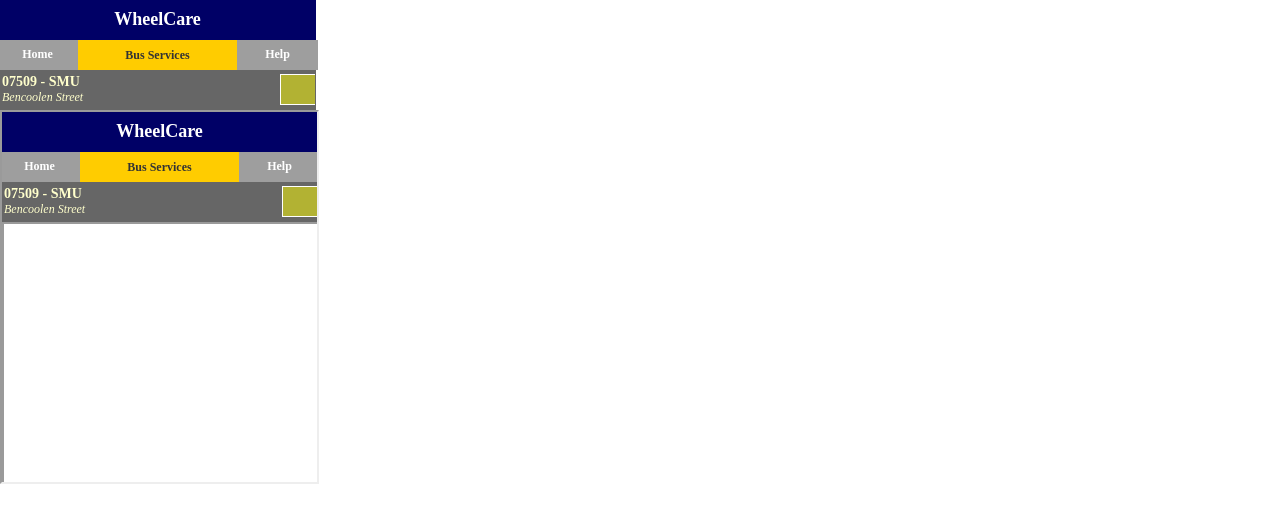
Repository: junkiatyeo/WheelCareVer2
Page: Wheelcarev2/war/Bus_ServicesA1.html
An editor plug-in stored every save of this project. The page is shown before and after the next save, followed by the edit.
The browser window is 1280 px wide. The pictures show the whole page.
Pictures or frames that could not be fetched are drawn as grey boxes.

Above is the page before, as saved 2014-03-29 12:10:36.

### Wheelcarev2/war/Bus_ServicesA1.html
<html>
<head>
    <title>WheelCare | Bus Services</title>
    <meta http-equiv="content-type" content="text/html; charset=utf-8"/>
    <meta http-equiv="imagetoolbar" content="no"/>
    <meta name="viewport" content="width=device-width, height=device-height, initial-scale=1, maximum-scale=1, user-scalable=yes"/>
    <meta name="apple-mobile-web-app-capable" content="yes"/>
    <link href="resources/css/jquery-ui-themes.css" type="text/css" rel="stylesheet">
    <link href="resources/css/axure_rp_page.css" type="text/css" rel="stylesheet">
    <link href="Bus_ServicesA1_files/axurerp_pagespecificstyles.css" type="text/css" rel="stylesheet">
<!--[if IE 6]>
    <link href="Bus_ServicesA1_files/axurerp_pagespecificstyles_ie6.css" type="text/css" rel="stylesheet">
<![endif]-->
    <script src="data/sitemap.js"></script>
    <script src="resources/scripts/jquery-1.7.1.min.js"></script>
    <script src="resources/scripts/axutils.js"></script>
    <script src="resources/scripts/jquery-ui-1.8.10.custom.min.js"></script>
    <script src="resources/scripts/axurerp_beforepagescript.js"></script>
    <script src="resources/scripts/messagecenter.js"></script>
<script src='Bus_ServicesA1_files/data.js'></script>
</head>
<body>
<div id="main_container">

<div id="u0" class="u0_container"   >
<div id="u0_img" class="u0_normal detectCanvas"></div>
<div id="u1" class="u1"  >
<div id="u1_rtf"><p style="text-align:center;"><span style="font-family:Axure Handwriting;font-size:18px;font-weight:bold;font-style:normal;text-decoration:none;color:#FFFFFF;">WheelCare</span></p></div>
</div>
</div>
<div id="u2" class="u2_container"   >
<div id="u2_img" class="u2_normal detectCanvas"></div>
<div id="u3" class="u3"  >
<div id="u3_rtf"><p style="text-align:center;"><span style="font-family:Axure Handwriting;font-size:12px;font-weight:bold;font-style:normal;text-decoration:none;color:#333333;">Bus Services</span></p></div>
</div>
</div>
<div id="u4" class="u4_container"   >
<div id="u4_img" class="u4_normal detectCanvas"></div>
<div id="u5" class="u5"  >
<div id="u5_rtf"><p style="text-align:left;"><span style="font-family:Axure Handwriting;font-size:14px;font-weight:bold;font-style:normal;text-decoration:none;color:#FFFFCC;">07509</span><span style="font-family:Axure Handwriting;font-size:14px;font-weight:bold;font-style:normal;text-decoration:none;color:#FFFFCC;"> - </span><span style="font-family:Axure Handwriting;font-size:14px;font-weight:bold;font-style:normal;text-decoration:none;color:#FFFFCC;">SMU</span></p><p style="text-align:left;"><span style="font-family:Axure Handwriting;font-size:12px;font-weight:normal;font-style:italic;text-decoration:none;color:#FFFFCC;">Bencoolen Street</span></p></div>
</div>
</div>
<IFRAME id="u6" style="position:absolute; left:0px; top:110px; width:315px; height:370px; ; ; ;;" basesrc="#" frameborder="1" scrolling="auto" ></IFRAME>

<div id="u7" class="u7_container"   >
<div id="u7_img" class="u7_normal detectCanvas"></div>
<div id="u8" class="u8" style="visibility:hidden;"  >
<div id="u8_rtf"></div>
</div>
</div>
<div id="u9" class="u9_container"   >
<div id="u9_img" class="u9_normal detectCanvas"></div>
<div id="u10" class="u10"  >
<div id="u10_rtf"><p style="text-align:center;"><span style="font-family:Axure Handwriting;font-size:12px;font-weight:bold;font-style:normal;text-decoration:none;color:#FFFFFF;">Help</span></p></div>
</div>
</div>
<div id="u11" class="u11_container"   >
<div id="u11_img" class="u11_normal detectCanvas"></div>
<div id="u12" class="u12"  >
<div id="u12_rtf"><p style="text-align:center;"><span style="font-family:Axure Handwriting;font-size:12px;font-weight:bold;font-style:normal;text-decoration:none;color:#FFFFFF;">Home</span></p></div>
</div>
</div>
</div>
<div class="preload"><img src="Bus_ServicesA1_files/u0_normal.png" width="1" height="1"/><img src="Bus_ServicesA1_files/u2_normal.png" width="1" height="1"/><img src="Bus_ServicesA1_files/u4_normal.png" width="1" height="1"/><img src="Bus_ServicesA1_files/u7_normal.png" width="1" height="1"/><img src="Bus_ServicesA1_files/u9_normal.png" width="1" height="1"/><img src="Bus_ServicesA1_files/u11_normal.png" width="1" height="1"/></div>
</body>
<script src="resources/scripts/axurerp_pagescript.js"></script>
<script src="Bus_ServicesA1_files/axurerp_pagespecificscript.js" charset="utf-8"></script>

### Wheelcarev2/war/resources/css/axure_rp_page.css
p
{
	margin: 0px;
}

iframe
{
	background: #FFFFFF;
}

div.intcases
{
	font-family: arial;
	font-size: 12px;
    text-align:left;
	border:1px solid #AAA;
	background:#FFF none repeat scroll 0% 0%;
	z-index:9999;
	visibility:hidden;
	position:absolute;
    padding: 0px;
    border-radius: 3px;
}

div.intcaselink
{
	cursor: pointer;
    padding: 3px 8px 3px 8px;
    margin: 5px;
	background:#EEE none repeat scroll 0% 0%;
	border:1px solid #AAA;
    border-radius: 3px;
}

div.annnoteimage
{
	position: absolute;
	font-size: 0px;
	width: 16px;
	height: 12px;
	cursor: help;
	background-image: url(images/note.gif);
	background-repeat: no-repeat;
}

div.annnotelabel
{
	position: absolute;
	font-family: Arial;
	font-size: 10px;
	border: 1px solid #666666;
	cursor: help;
	background:#DDDD00 none repeat scroll 0% 0%;
	padding-left:3px;
	padding-right:3px;
	white-space: nowrap;
}

.annotationName
{
	font-size: .7em;
	font-weight: bold;
	margin-bottom: .2em;
	white-space: nowrap;
}

.annotation
{
	font-size: .7em;
	padding-left: .2em;
	margin-bottom: 1em;
}

/* this is a fix for the issue where dialogs jump around and takes the text-align from the body */
.dialogFix
{
    position:absolute;
    text-align:left;
}

### Wheelcarev2/war/Bus_ServicesA1_files/axurerp_pagespecificstyles.css
body {
    margin: 0px;
}

div {
    background-repeat: no-repeat;
}

.raw_image {
    width: 100%;
    height: 100%;
}

.preload {
    display: none;
}
#main_container {
}

.form_sketch {
    border-color: transparent;
    background-color: transparent;
}

.u0_normal {
    background-image: url('../Bus_ServicesA1_files/u0_normal.png');
}

.u0_container {
    position:absolute;
    left:0px;
    top:0px;
    width:315px;
    height:40px;
}

#u0_img {
    position:absolute;
    left:-3px;
    top:-3px;
    width:321px;
    height:46px;
}

.u1 {
    position:absolute;
    left:2px;
    top:9px;
    width:311px;
    height:22px;
    ;
    ;
    ;
    font-family:Arial;
    text-align:left;
    word-wrap:break-word;
}

.u2_normal {
    background-image: url('../Bus_ServicesA1_files/u2_normal.png');
}

.u2_container {
    position:absolute;
    left:0px;
    top:40px;
    width:315px;
    height:30px;
}

#u2_img {
    position:absolute;
    left:-3px;
    top:-3px;
    width:321px;
    height:36px;
}

.u3 {
    position:absolute;
    left:2px;
    top:8px;
    width:311px;
    height:15px;
    ;
    ;
    ;
    font-family:Arial;
    text-align:left;
    word-wrap:break-word;
}

.u4_normal {
    background-image: url('../Bus_ServicesA1_files/u4_normal.png');
}

.u4_container {
    position:absolute;
    left:0px;
    top:70px;
    width:315px;
    height:40px;
}

#u4_img {
    position:absolute;
    left:-3px;
    top:-3px;
    width:321px;
    height:46px;
}

.u5 {
    position:absolute;
    left:2px;
    top:4px;
    width:311px;
    height:32px;
    ;
    ;
    ;
    font-family:Arial;
    text-align:left;
    word-wrap:break-word;
}

.u7_normal {
    background-image: url('../Bus_ServicesA1_files/u7_normal.png');
}

.u7_container {
    position:absolute;
    left:277px;
    top:71px;
    width:38px;
    height:38px;
}

#u7_img {
    position:absolute;
    left:0px;
    top:0px;
    width:38px;
    height:38px;
}

.u8 {
    position:absolute;
    left:2px;
    top:11px;
    width:34px;
    height:16px;
    ;
    ;
    ;
    font-family:Arial;
    text-align:left;
    word-wrap:break-word;
}

.u9_normal {
    background-image: url('../Bus_ServicesA1_files/u9_normal.png');
}

.u9_container {
    position:absolute;
    left:240px;
    top:43px;
    width:75px;
    height:24px;
}

#u9_img {
    position:absolute;
    left:-3px;
    top:-3px;
    width:81px;
    height:30px;
}

.u10 {
    position:absolute;
    left:2px;
    top:4px;
    width:71px;
    height:15px;
    ;
    ;
    ;
    font-family:Arial;
    text-align:left;
    word-wrap:break-word;
}

.u11_normal {
    background-image: url('../Bus_ServicesA1_files/u11_normal.png');
}

.u11_container {
    position:absolute;
    left:0px;
    top:43px;
    width:75px;
    height:24px;
}

#u11_img {
    position:absolute;
    left:-3px;
    top:-3px;
    width:81px;
    height:30px;
}

.u12 {
    position:absolute;
    left:2px;
    top:4px;
    width:71px;
    height:15px;
    ;
    ;
    ;
    font-family:Arial;
    text-align:left;
    word-wrap:break-word;
}

### Wheelcarev2/war/List_of_Bus_Services_A1_files/axurerp_pagespecificstyles.css
body {
    margin: 0px;
}

div {
    background-repeat: no-repeat;
}

.raw_image {
    width: 100%;
    height: 100%;
}

.preload {
    display: none;
}
#main_container {
}

.form_sketch {
    border-color: transparent;
    background-color: transparent;
}

.u0 {
    position:absolute;
    left:10px;
    top:12px;
    width:106px;
    height:43px;
    ;
    ;
    ;
    font-family:Arial;
    text-align:left;
    word-wrap:break-word;
}

.u1 {
    position:absolute;
    left:10px;
    top:65px;
    width:200px;
    height:51px;
    ;
    ;
    ;
    font-family:Arial;
    text-align:left;
    word-wrap:break-word;
}

.u2 {
    position:absolute;
    left:141px;
    top:13px;
    width:150px;
    height:15px;
    ;
    ;
    ;
    font-family:Arial;
    text-align:left;
    word-wrap:break-word;
}

.u3_line {
    background-image: url('../List_of_Bus_Services_A1_files/u3_line.png');
}

.u3_line {
    position:absolute;
    left:0px;
    top:4px;
    width:280px;
    height:3px;
}

.u3 {
    position:absolute;
    left:8px;
    top:135px;
    width:280px;
    height:10px;

}

.u4_normal {
    background-image: url('../List_of_Bus_Services_A1_files/u4_normal.png');
}

.u4_container {
    position:absolute;
    left:75px;
    top:15px;
    width:20px;
    height:20px;
}

#u4_img {
    position:absolute;
    left:0px;
    top:0px;
    width:20px;
    height:20px;
}

.u5 {
    position:absolute;
    left:2px;
    top:2px;
    width:16px;
    height:16px;
    ;
    ;
    ;
    font-family:Arial;
    text-align:left;
    word-wrap:break-word;
}

.u6_normal {
    background-image: url('../List_of_Bus_Services_A1_files/u6_normal.png');
}

.u6_container {
    position:absolute;
    left:210px;
    top:55px;
    width:70px;
    height:70px;
}

#u6_img {
    position:absolute;
    left:-3px;
    top:-3px;
    width:76px;
    height:76px;
}

.u7 {
    position:absolute;
    left:2px;
    top:27px;
    width:66px;
    height:16px;
    ;
    ;
    ;
    font-family:Arial;
    text-align:left;
    word-wrap:break-word;
}

.u8_normal {
    background-image: url('../List_of_Bus_Services_A1_files/u8_normal.png');
}

.u8_container {
    position:absolute;
    left:228px;
    top:60px;
    width:35px;
    height:35px;
}

#u8_img {
    position:absolute;
    left:0px;
    top:0px;
    width:35px;
    height:35px;
}

.u9 {
    position:absolute;
    left:2px;
    top:10px;
    width:31px;
    height:16px;
    ;
    ;
    ;
    font-family:Arial;
    text-align:left;
    word-wrap:break-word;
}

.u10 {
    position:absolute;
    left:210px;
    top:96px;
    width:70px;
    height:24px;
    ;
    ;
    ;
    font-family:Arial;
    text-align:left;
    word-wrap:break-word;
}

.u11_normal {
    background-image: url('../List_of_Bus_Services_A1_files/u11_normal.png');
}

.u11_container {
    position:absolute;
    left:141px;
    top:28px;
    width:139px;
    height:15px;
}

#u11_img {
    position:absolute;
    left:0px;
    top:0px;
    width:139px;
    height:15px;
}

.u12 {
    position:absolute;
    left:2px;
    top:0px;
    width:135px;
    height:16px;
    ;
    ;
    ;
    font-family:Arial;
    text-align:left;
    word-wrap:break-word;
}

.u13_normal {
    background-image: url('../List_of_Bus_Services_A1_files/u13_normal.png');
}

.u13_container {
    position:absolute;
    left:0px;
    top:145px;
    width:296px;
    height:137px;
}

#u13_img {
    position:absolute;
    left:-3px;
    top:-3px;
    width:302px;
    height:143px;
}

.u14 {
    position:absolute;
    left:2px;
    top:60px;
    width:292px;
    height:16px;
    ;
    ;
    ;
    font-family:Arial;
    text-align:left;
    word-wrap:break-word;
}

.u15 {
    position:absolute;
    left:10px;
    top:159px;
    width:106px;
    height:43px;
    ;
    ;
    ;
    font-family:Arial;
    text-align:left;
    word-wrap:break-word;
}

.u16 {
    position:absolute;
    left:10px;
    top:212px;
    width:200px;
    height:51px;
    ;
    ;
    ;
    font-family:Arial;
    text-align:left;
    word-wrap:break-word;
}

.u17_normal {
    background-image: url('../List_of_Bus_Services_A1_files/u4_normal.png');
}

.u17_container {
    position:absolute;
    left:75px;
    top:162px;
    width:20px;
    height:20px;
}

#u17_img {
    position:absolute;
    left:0px;
    top:0px;
    width:20px;
    height:20px;
}

.u18 {
    position:absolute;
    left:2px;
    top:2px;
    width:16px;
    height:16px;
    ;
    ;
    ;
    font-family:Arial;
    text-align:left;
    word-wrap:break-word;
}

.u19_normal {
    background-image: url('../List_of_Bus_Services_A1_files/u19_normal.png');
}

.u19_container {
    position:absolute;
    left:141px;
    top:172px;
    width:139px;
    height:15px;
}

#u19_img {
    position:absolute;
    left:0px;
    top:0px;
    width:139px;
    height:15px;
}

.u20 {
    position:absolute;
    left:2px;
    top:0px;
    width:135px;
    height:16px;
    ;
    ;
    ;
    font-family:Arial;
    text-align:left;
    word-wrap:break-word;
}

.u21 {
    position:absolute;
    left:141px;
    top:157px;
    width:150px;
    height:15px;
    ;
    ;
    ;
    font-family:Arial;
    text-align:left;
    word-wrap:break-word;
}

.u22_normal {
    background-image: url('../List_of_Bus_Services_A1_files/u6_normal.png');
}

.u22_container {
    position:absolute;
    left:210px;
    top:197px;
    width:70px;
    height:70px;
}

#u22_img {
    position:absolute;
    left:-3px;
    top:-3px;
    width:76px;
    height:76px;
}

.u23 {
    position:absolute;
    left:2px;
    top:27px;
    width:66px;
    height:16px;
    ;
    ;
    ;
    font-family:Arial;
    text-align:left;
    word-wrap:break-word;
}

.u24 {
    position:absolute;
    left:210px;
    top:238px;
    width:70px;
    height:24px;
    ;
    ;
    ;
    font-family:Arial;
    text-align:left;
    word-wrap:break-word;
}

.u25_normal {
    background-image: url('../List_of_Bus_Services_A1_files/u25_normal.png');
}

.u25_container {
    position:absolute;
    left:228px;
    top:202px;
    width:35px;
    height:35px;
}

#u25_img {
    position:absolute;
    left:0px;
    top:0px;
    width:35px;
    height:35px;
}

.u26 {
    position:absolute;
    left:2px;
    top:10px;
    width:31px;
    height:16px;
    ;
    ;
    ;
    font-family:Arial;
    text-align:left;
    word-wrap:break-word;
}

.u27_line {
    background-image: url('../List_of_Bus_Services_A1_files/u27_line.png');
}

.u27_line {
    position:absolute;
    left:0px;
    top:4px;
    width:280px;
    height:3px;
}

.u27 {
    position:absolute;
    left:8px;
    top:282px;
    width:280px;
    height:10px;

}

.u28_normal {
    background-image: url('../List_of_Bus_Services_A1_files/u28_normal.png');
}

.u28_container {
    position:absolute;
    left:0px;
    top:292px;
    width:294px;
    height:137px;
}

#u28_img {
    position:absolute;
    left:-3px;
    top:-3px;
    width:300px;
    height:143px;
}

.u29 {
    position:absolute;
    left:2px;
    top:60px;
    width:290px;
    height:16px;
    ;
    ;
    ;
    font-family:Arial;
    text-align:left;
    word-wrap:break-word;
}

.u30 {
    position:absolute;
    left:10px;
    top:306px;
    width:106px;
    height:43px;
    ;
    ;
    ;
    font-family:Arial;
    text-align:left;
    word-wrap:break-word;
}

.u31 {
    position:absolute;
    left:10px;
    top:359px;
    width:200px;
    height:51px;
    ;
    ;
    ;
    font-family:Arial;
    text-align:left;
    word-wrap:break-word;
}

.u32_normal {
    background-image: url('../List_of_Bus_Services_A1_files/u4_normal.png');
}

.u32_container {
    position:absolute;
    left:75px;
    top:309px;
    width:20px;
    height:20px;
}

#u32_img {
    position:absolute;
    left:0px;
    top:0px;
    width:20px;
    height:20px;
}

.u33 {
    position:absolute;
    left:2px;
    top:2px;
    width:16px;
    height:16px;
    ;
    ;
    ;
    font-family:Arial;
    text-align:left;
    word-wrap:break-word;
}

.u34_normal {
    background-image: url('../List_of_Bus_Services_A1_files/u19_normal.png');
}

.u34_container {
    position:absolute;
    left:141px;
    top:319px;
    width:139px;
    height:15px;
}

#u34_img {
    position:absolute;
    left:0px;
    top:0px;
    width:139px;
    height:15px;
}

.u35 {
    position:absolute;
    left:2px;
    top:0px;
    width:135px;
    height:16px;
    ;
    ;
    ;
    font-family:Arial;
    text-align:left;
    word-wrap:break-word;
}

.u36 {
    position:absolute;
    left:141px;
    top:302px;
    width:150px;
    height:15px;
    ;
    ;
    ;
    font-family:Arial;
    text-align:left;
    word-wrap:break-word;
}

.u37_normal {
    background-image: url('../List_of_Bus_Services_A1_files/u6_normal.png');
}

.u37_container {
    position:absolute;
    left:210px;
    top:344px;
    width:70px;
    height:70px;
}

#u37_img {
    position:absolute;
    left:-3px;
    top:-3px;
    width:76px;
    height:76px;
}

.u38 {
    position:absolute;
    left:2px;
    top:27px;
    width:66px;
    height:16px;
    ;
    ;
    ;
    font-family:Arial;
    text-align:left;
    word-wrap:break-word;
}

.u39_line {
    background-image: url('../List_of_Bus_Services_A1_files/u39_line.png');
}

.u39_line {
    position:absolute;
    left:0px;
    top:4px;
    width:280px;
    height:3px;
}

.u39 {
    position:absolute;
    left:8px;
    top:429px;
    width:280px;
    height:10px;

}

.u40_normal {
    background-image: url('../List_of_Bus_Services_A1_files/u40_normal.png');
}

.u40_container {
    position:absolute;
    left:0px;
    top:439px;
    width:293px;
    height:137px;
}

#u40_img {
    position:absolute;
    left:-3px;
    top:-3px;
    width:299px;
    height:143px;
}

.u41 {
    position:absolute;
    left:2px;
    top:60px;
    width:289px;
    height:16px;
    ;
    ;
    ;
    font-family:Arial;
    text-align:left;
    word-wrap:break-word;
}

.u42 {
    position:absolute;
    left:10px;
    top:453px;
    width:106px;
    height:43px;
    ;
    ;
    ;
    font-family:Arial;
    text-align:left;
    word-wrap:break-word;
}

.u43 {
    position:absolute;
    left:10px;
    top:506px;
    width:200px;
    height:51px;
    ;
    ;
    ;
    font-family:Arial;
    text-align:left;
    word-wrap:break-word;
}

.u44_normal {
    background-image: url('../List_of_Bus_Services_A1_files/u4_normal.png');
}

.u44_container {
    position:absolute;
    left:75px;
    top:456px;
    width:20px;
    height:20px;
}

#u44_img {
    position:absolute;
    left:0px;
    top:0px;
    width:20px;
    height:20px;
}

.u45 {
    position:absolute;
    left:2px;
    top:2px;
    width:16px;
    height:16px;
    ;
    ;
    ;
    font-family:Arial;
    text-align:left;
    word-wrap:break-word;
}

.u46_normal {
    background-image: url('../List_of_Bus_Services_A1_files/u19_normal.png');
}

.u46_container {
    position:absolute;
    left:141px;
    top:466px;
    width:139px;
    height:15px;
}

#u46_img {
    position:absolute;
    left:0px;
    top:0px;
    width:139px;
    height:15px;
}

.u47 {
    position:absolute;
    left:2px;
    top:0px;
    width:135px;
    height:16px;
    ;
    ;
    ;
    font-family:Arial;
    text-align:left;
    word-wrap:break-word;
}

.u48 {
    position:absolute;
    left:141px;
    top:449px;
    width:150px;
    height:15px;
    ;
    ;
    ;
    font-family:Arial;
    text-align:left;
    word-wrap:break-word;
}

.u49_normal {
    background-image: url('../List_of_Bus_Services_A1_files/u6_normal.png');
}

.u49_container {
    position:absolute;
    left:210px;
    top:491px;
    width:70px;
    height:70px;
}

#u49_img {
    position:absolute;
    left:-3px;
    top:-3px;
    width:76px;
    height:76px;
}

.u50 {
    position:absolute;
    left:2px;
    top:27px;
    width:66px;
    height:16px;
    ;
    ;
    ;
    font-family:Arial;
    text-align:left;
    word-wrap:break-word;
}

.u51_normal {
    background-image: url('../List_of_Bus_Services_A1_files/u51_normal.png');
}

.u51_container {
    position:absolute;
    left:0px;
    top:576px;
    width:180px;
    height:15px;
}

#u51_img {
    position:absolute;
    left:-3px;
    top:-3px;
    width:186px;
    height:21px;
}

.u52 {
    position:absolute;
    left:2px;
    top:0px;
    width:176px;
    height:16px;
    ;
    ;
    ;
    font-family:Arial;
    text-align:left;
    word-wrap:break-word;
}

.u53 {
    position:absolute;
    left:210px;
    top:386px;
    width:70px;
    height:24px;
    ;
    ;
    ;
    font-family:Arial;
    text-align:left;
    word-wrap:break-word;
}

.u54_normal {
    background-image: url('../List_of_Bus_Services_A1_files/u25_normal.png');
}

.u54_container {
    position:absolute;
    left:228px;
    top:348px;
    width:35px;
    height:35px;
}

#u54_img {
    position:absolute;
    left:0px;
    top:0px;
    width:35px;
    height:35px;
}

.u55 {
    position:absolute;
    left:2px;
    top:10px;
    width:31px;
    height:16px;
    ;
    ;
    ;
    font-family:Arial;
    text-align:left;
    word-wrap:break-word;
}

.u56 {
    position:absolute;
    left:210px;
    top:532px;
    width:70px;
    height:24px;
    ;
    ;
    ;
    font-family:Arial;
    text-align:left;
    word-wrap:break-word;
}

.u57_normal {
    background-image: url('../List_of_Bus_Services_A1_files/u25_normal.png');
}

.u57_container {
    position:absolute;
    left:228px;
    top:496px;
    width:35px;
    height:35px;
}

#u57_img {
    position:absolute;
    left:0px;
    top:0px;
    width:35px;
    height:35px;
}

.u58 {
    position:absolute;
    left:2px;
    top:10px;
    width:31px;
    height:16px;
    ;
    ;
    ;
    font-family:Arial;
    text-align:left;
    word-wrap:break-word;
}

.u59_normal {
    background-image: url('../List_of_Bus_Services_A1_files/u59_normal.png');
}

.u59_container {
    position:absolute;
    left:194px;
    top:546px;
    width:6px;
    height:6px;
}

#u59_img {
    position:absolute;
    left:-3px;
    top:-3px;
    width:12px;
    height:12px;
}

.u60 {
    position:absolute;
    left:2px;
    top:-5px;
    width:2px;
    height:16px;
    ;
    ;
    ;
    font-family:Arial;
    text-align:left;
    word-wrap:break-word;
}

Loaded but not shown: Wheelcarev2/war/resources/css/jquery-ui-themes.css (library); Wheelcarev2/war/resources/scripts/jquery-1.7.1.min.js (library); Wheelcarev2/war/resources/scripts/jquery-ui-1.8.10.custom.min.js (library); Wheelcarev2/war/resources/scripts/axurerp_beforepagescript.js (1843 lines, source omitted); Wheelcarev2/war/resources/scripts/axurerp_pagescript.js (1608 lines, source omitted); Wheelcarev2/war/resources/scripts/messagecenter.js (181 lines, source omitted); Wheelcarev2/war/resources/scripts/axutils.js (168 lines, source omitted); Wheelcarev2/war/List_of_Bus_Services_A1_files/data.js (7 lines, source omitted); Wheelcarev2/war/Bus_ServicesA1_files/data.js (7 lines, source omitted); Wheelcarev2/war/List_of_Bus_Services_A1_files/axurerp_pagespecificscript.js (51 lines, source omitted); Wheelcarev2/war/Bus_ServicesA1_files/axurerp_pagespecificscript.js (32 lines, source omitted); Wheelcarev2/war/data/sitemap.js (8 lines, source omitted); Wheelcarev2/war/List_of_Bus_Services_A1.html (209 lines, source omitted)

After the next save:
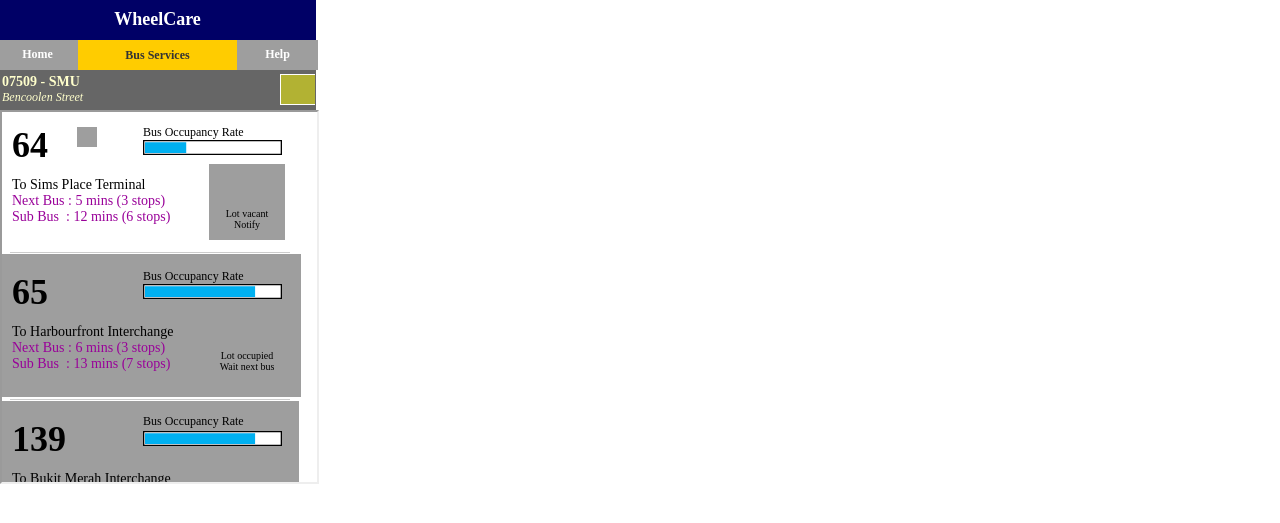
Saved 4 min 2 s later.
--- a/Wheelcarev2/war/Bus_ServicesA1.html
+++ b/Wheelcarev2/war/Bus_ServicesA1.html
@@ -40,7 +40,7 @@
 <div id="u5_rtf"><p style="text-align:left;"><span style="font-family:Axure Handwriting;font-size:14px;font-weight:bold;font-style:normal;text-decoration:none;color:#FFFFCC;">07509</span><span style="font-family:Axure Handwriting;font-size:14px;font-weight:bold;font-style:normal;text-decoration:none;color:#FFFFCC;"> - </span><span style="font-family:Axure Handwriting;font-size:14px;font-weight:bold;font-style:normal;text-decoration:none;color:#FFFFCC;">SMU</span></p><p style="text-align:left;"><span style="font-family:Axure Handwriting;font-size:12px;font-weight:normal;font-style:italic;text-decoration:none;color:#FFFFCC;">Bencoolen Street</span></p></div>
 </div>
 </div>
-<IFRAME id="u6" style="position:absolute; left:0px; top:110px; width:315px; height:370px; ; ; ;;" basesrc="#" frameborder="1" scrolling="auto" ></IFRAME>
+<IFRAME id="u6" style="position:absolute; left:0px; top:110px; width:315px; height:370px; ; ; ;;" basesrc="List_of_Bus_Services_A1.html" frameborder="1" scrolling="auto" ></IFRAME>
 
 <div id="u7" class="u7_container"   >
 <div id="u7_img" class="u7_normal detectCanvas"></div>
